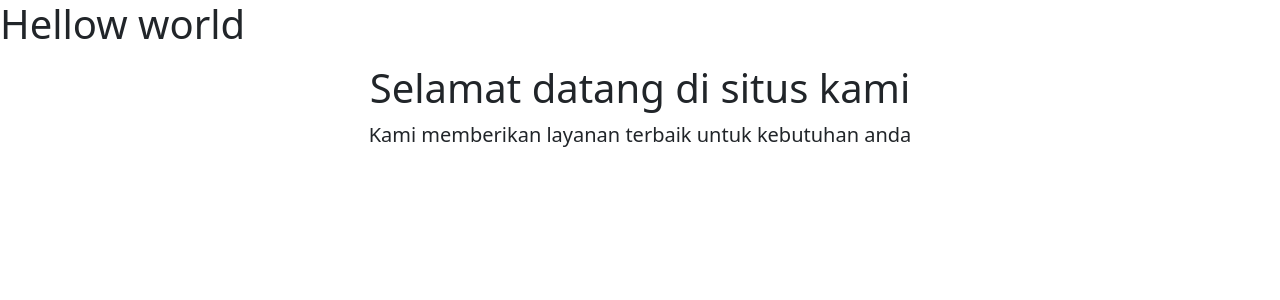
Repository: aryowisang/mbg
Page: latihan-24.html
The author's editor kept a copy of each file at every save. The page is drawn from the files as they stood at one save, then again after the next save.
The browser window is 1280 px wide. The pictures show the whole page.

Above is the page before, as saved 2026-04-30 13:58:55.

After the next save:
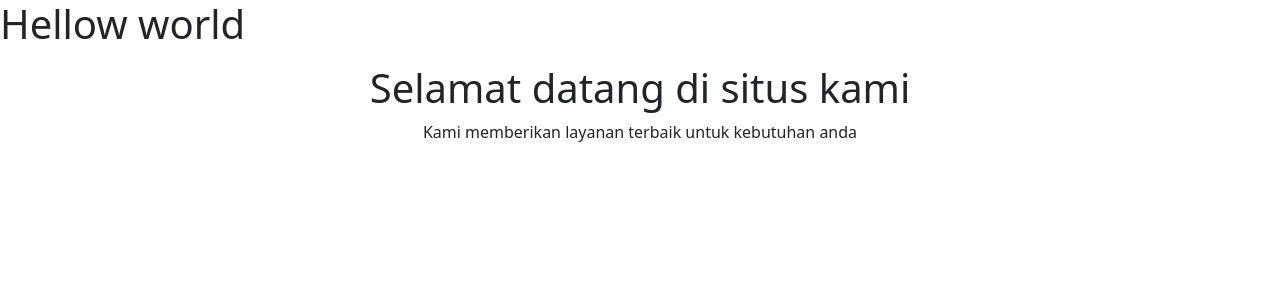
Saved 12 s later.
--- a/latihan-24.html
+++ b/latihan-24.html
@@ -12,7 +12,7 @@
     <section id="hero" class="hero text-center">
         <p class="container fade-line-up">
             <h1>Selamat datang di situs kami</h1>
-            <p Kami class="lead">Kami memberikan layanan terbaik untuk kebutuhan anda</p>
+            <p class Kami class="lead">Kami memberikan layanan terbaik untuk kebutuhan anda</p>
     </section>
 </body>
 </html>

After the save that followed:
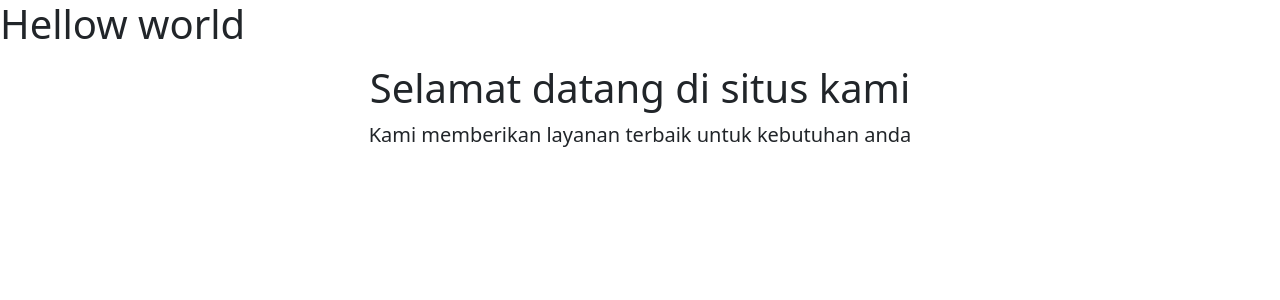
Saved 5 s later.
--- a/latihan-24.html
+++ b/latihan-24.html
@@ -12,7 +12,7 @@
     <section id="hero" class="hero text-center">
         <p class="container fade-line-up">
             <h1>Selamat datang di situs kami</h1>
-            <p class Kami class="lead">Kami memberikan layanan terbaik untuk kebutuhan anda</p>
+            <p classKami class="lead">Kami memberikan layanan terbaik untuk kebutuhan anda</p>
     </section>
 </body>
 </html>
